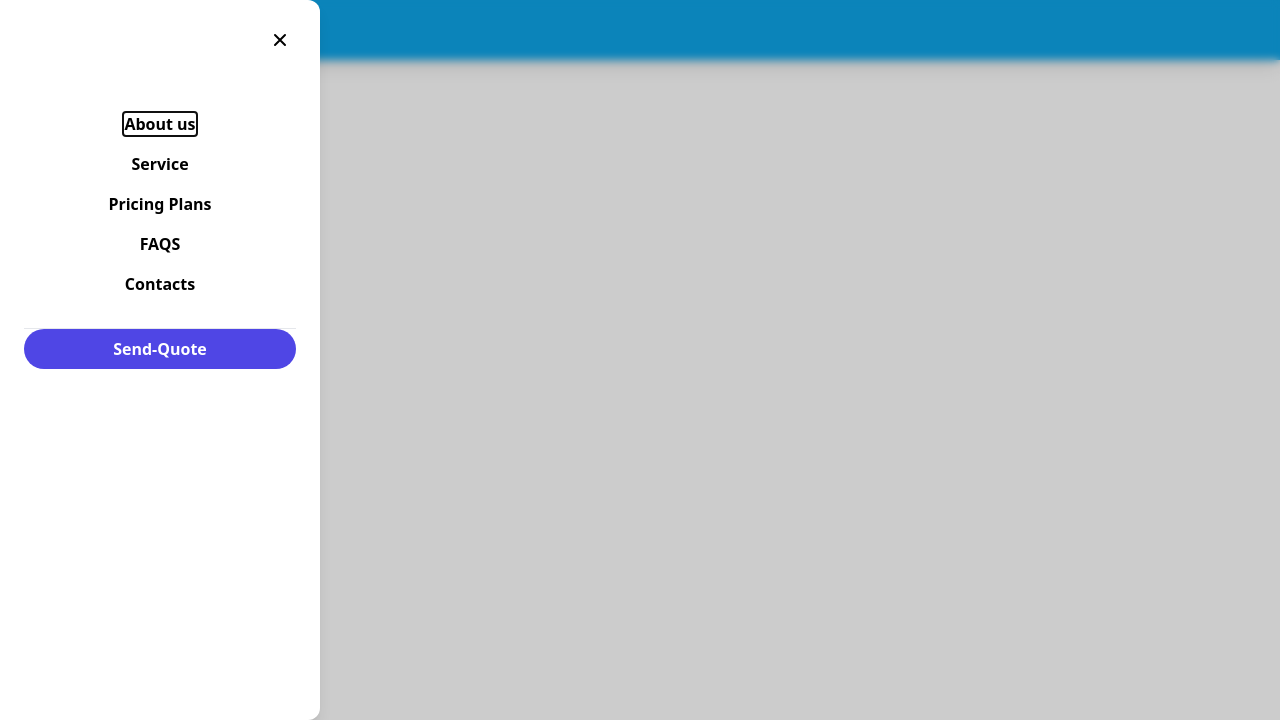
Repository: remydev47/cleanbees
Page: /
These files come from the project's save history. The page is drawn as it stood at one moment and after the next save; the edit follows.
The browser window is 1280 px wide. The pictures show the whole page.
The project was rebuilt for these pictures with package versions that can differ from the ones it lists, and the page was loaded fresh each time. The framework's server and built-in components were replaced by stand-ins that run in the browser. Also part of the build but not shown: next.config.js.

Above is the page before, as saved 2022-09-15 19:10:13.

### pages/_app.tsx
import '../styles/globals.css'
import type { AppProps } from 'next/app'
import { Header } from '../components/Header'


function MyApp({ Component, pageProps }: AppProps) {
  return (
    <>
      <Header />
      <Component {...pageProps} />
    </>

    )
}

export default MyApp

### pages/index.tsx
import type { NextPage } from 'next'
import Head from 'next/head'
import Image from 'next/image'
import Hero from '../components/Hero'

const Home: NextPage = () => {
  return (
    <div className="">
      <Head>
        <title>CleanBees</title>
        <link rel="icon" href="/favicon.ico" />
      </Head>
      <Hero />
      <h1>CleanBees</h1>
    </div>
  )
}

export default Home

### components/Header.tsx
import { navLinks } from "../constants"
import { MenuPopOver } from "./MenuPopover"
import Logo from "./Logo"

export const Header = () => {
    return(
        <>
          <header className={styles.container}>
           <div className='flex grow-0 basis-1/3 md:hidden'>
             <MenuPopOver />
          </div>
          <div className='flex grow-0 basis-1/3 justify-center md:justify-start'>
            <Logo/>
           </div>
          </header>
        </>
    )
}

const styles ={
    container:`sticky bg-[#0ea5e9] inset-x-0 top-0 z-20 flex items-center justify-between py-2 px-2 shadow-lg dark:bg-slate-900 sm:py-3 sm:px-8`
}

### components/MenuPopover.tsx
import React, { useState, Fragment } from 'react'
import { IconButton } from './Button'
import { Transition, Dialog }  from '@headlessui/react';
import Link from 'next/link';
import Logo from './Logo';
import { Button } from './Button';
//import { ThemeSelect } from './ThemeToogle';
import { navLinks } from '../constants';

export const MenuPopOver = () => {
    const [isOpen, setIsOpen] = useState(true)

    return(
      <div>
        <IconButton
          variant='ghost'
          aria-label='menu'
          onClick={() => setIsOpen(!isOpen)}
        >
          <svg className='h-6 w-6 ' fill='none' stroke='currentColor'>
            <path
              strokeLinecap='round'
              strokeLinejoin='round'
              strokeWidth={2}
              d='M4 6h16M4 12h16M4 18h16'
            />
          </svg>
        </IconButton>
        <Transition
          show={isOpen}
          appear
          as={Fragment}
          enter='transform transition ease-in-out duration-300'
          enterFrom='-translate-x-full'
          enterTo='translate-x-0'
          leave='transform transition ease-in-out duration-300 delay-200'
          leaveFrom='translate-x-0'
          leaveTo='-translate-x-full'
        >
         <Dialog
           as='div'
           className={`fixed inset-0 z-50`}
           onClose={setIsOpen}
           open={isOpen}
           >
           <Transition.Child
             as={Fragment}
             enter='ease-out duration-300 delay-300'
             enterFrom='opacity-0'
             enterTo='opacity-100'
             leave='ease-in duration-200'
             leaveFrom='opacity-100'
             leaveTo='opacity-0'
           >

            <Dialog.Overlay
              className={`fixed inset-0 bg-black/20 backdrop-blur-sm dark:bg-gray-900/80`}
             />
          </Transition.Child>
           <div className={styles.dialogcontainer}>
            <a className='mx-auto mt-4 flex w-[140px] '>
              <Logo />
            </a>
            <ul
                className={styles.navWrapper2}
             >
                {navLinks.map((nav, index) => (
                    <li
                     key={nav.id}
                     className={`font-poppins font-bold cursor-pointer text-[16px]
                      ${index === navLinks.length - 1 ? 'mr-0' : 'mb-4'}
                      text-black `}
                    >
                     <a href={`#${nav.id}`}>
                        {nav.title}
                     </a>
                    </li>
                 ))}
             </ul>
            {/* <div className='mt-0 border-t border-gray-200 pt-6 dark:border-gray-200/10'>

            </div> */}
            <ul className='mt-8 space-y-3 border-t border-gray-200 dark:border-gray-200/10'>
              <li>
               <Button fullWidth>
                   Send-Quote
               </Button>
              </li>

            </ul>
            <IconButton
              variant='ghost'
              aria-label='close menu'
              className='absolute top-5 right-5'
              onClick={() => setIsOpen(false)}
            >
              <svg
                viewBox='0 0 10 10'
                className='h-2.5 w-2.5 overflow-visible'
                aria-hidden='true'
              >
                <path
                    d='M0 0L10 10M10 0L0 10'
                    fill='none'
                    stroke='currentColor'
                    strokeWidth='2'
                    strokeLinecap='round'
                  />
              </svg>
            </IconButton>
           </div>
         </Dialog>
        </Transition>
      </div>
    )
  }

const styles ={
    dialogcontainer:`fixed top-0 bottom-0 left-0 w-full max-w-xs rounded-r-xl bg-white p-6 shadow-lg dark:bg-gray-800`,
    menuitems:`group relative flex h-9 items-center oveflow-hidden rounded-md hover:bg-slate-200/50`,
    navWrapper2:`list-none flex flex-col justify-end items-center flex-1`,
}

### components/Logo.tsx
import React from 'react';


const Logo  = () => {
  return (
    <span className={`bg-gradient-to-r from-black-800 to-white-800 bg-clip-text align-middle text-3xl font-black tracking-widest text-transparent`}>
        Clean-Bees
    </span>
  )
}

export default Logo;

### components/Button/index.tsx
import React, { forwardRef } from 'react';
//import { __DEV__ } from '../../utils/assertions'

type BaseButtonProps = Omit<React.HTMLProps<HTMLButtonElement>, "size">;

/* === Button Element === */

export interface ButtonProps extends BaseButtonProps {
  children: React.ReactNode;
  fullWidth?: boolean;
  className?: string;
  variant?: "solid" | "outline" | "ghost";
  size?: "sm" | "md" | "lg";
  as?: string;
  isExternal?: boolean;
  type?: "button" | "submit" | "reset";
}

export const Button = forwardRef<HTMLButtonElement, ButtonProps>(
  (
    {
      children,
      variant = "solid",
      size = "md",
      fullWidth = false,
      className,
      as = "button",
      isExternal = false,
      ...rest
    },
    ref
  ) => {
    let tempClassNames: string[] = [];

    const sharedClasses = [
      "capitalize",
      "focus:outline-none",
      "focus:ring-2",
      "focus:ring-indigo-400",
      "focus:ring-offset-2",
      "focus:ring-offset-indigo-50",
      "font-semibold",
      "rounded-full",
      "inline-flex",
      "flex-shrink-0",
      "items-center",
      "justify-center",
      "transition-colors",
      "ease-in-out",
      "duration-500",
    ];

    if (fullWidth) sharedClasses.push("w-full");

    // handle variants
    let btnSolid = ["bg-indigo-600", "hover:bg-indigo-700", "text-white"];
    let btnOutline = [
      "dark:text-white",
      "hover:text-yellow-700",
      "hover:dark:text-yellow-800",
      "bg-transparent",
      "hover:bg-indigo-50",
      "border",
      "border-indigo-600",
    ];
    let btnGhost = [
      "bg-transparent",
      "dark:text-white",
      "hover:bg-indigo-50",
      "hover:text-indigo-700",
      "hover:dark:text-indigo-700",
    ];

    if (variant === "solid") {
      tempClassNames = [...sharedClasses, ...btnSolid];
    } else if (variant === "outline") {
      tempClassNames = [...sharedClasses, ...btnOutline];
    } else if (variant === "ghost") {
      tempClassNames = [...sharedClasses, ...btnGhost];
    }

    // handle sizes
    let sizeSm = ["h-8", "px-2", "text-sm"];
    let sizeMd = ["h-10", "px-3"];
    let sizeLg = ["h-12", "px-4", "text-lg"];

    if (size === "sm") {
      tempClassNames = [...tempClassNames, ...sizeSm];
    } else if (size === "md") {
      tempClassNames = [...tempClassNames, ...sizeMd];
    } else if (size === "lg") {
      tempClassNames = [...tempClassNames, ...sizeLg];
    }

    let classes = tempClassNames.join(" ");

    let Element = as ? (
      React.createElement(
        as,
        {
          className: `${classes} ${className}`,
          target: isExternal ? "_blank" : undefined,
          rel: isExternal ? "noopener noreferrer" : undefined,
          ref,
          ...rest,
        },
        children
      )
    ) : (
      <button {...rest} className={`${classes} ${className}`} ref={ref}>
        {children}
      </button>
    );

    return Element;
  }
);

// if (__DEV__) {
//   Button.displayName = "Button";
// }

/* === IconButton Element === */

export interface IconButtonProps extends ButtonProps {
  icon?: React.ReactElement;
  "aria-label": string;
}

export const IconButton = forwardRef<HTMLButtonElement, IconButtonProps>(
  (
    {
      children,
      icon,
      className,
      "aria-label": ariaLabel,
      size = "md",
      ...rest
    },
    ref
  ) => {
    let sharedClasses = ["rounded-full", "!px-0"];

    // handle sizes
    let sizeSm = ["w-8"];
    let sizeMd = ["w-10"];
    let sizeLg = ["w-12"];

    if (size === "sm") {
      sharedClasses = [...sharedClasses, ...sizeSm];
    } else if (size === "md") {
      sharedClasses = [...sharedClasses, ...sizeMd];
    } else if (size === "lg") {
      sharedClasses = [...sharedClasses, ...sizeLg];
    }

    /**
     * Passing the icon as prop or children should work
     */
    const element = icon || children;
    const _children = React.isValidElement(element)
      ? React.cloneElement(element as any, {
          "aria-hidden": true,
          focusable: false,
        })
      : null;

    let classes = sharedClasses.join(" ");
    return (
      <Button
        className={`${classes} ${className}`}
        aria-label={ariaLabel}
        size={size}
        {...rest}
        ref={ref}
      >
        {_children}
      </Button>
    );
  }
);

// if (__DEV__) {
//   IconButton.displayName = "IconButton";
// }

### constants/index.ts

export const navLinks =[
    {
     id:"aboutus",
     title:"About us"
    },
    {
        id:"services",
        title:"Service"
    },
    {
        id:"pricingplans",
        title:"Pricing Plans"
    },
    {
        id:"faqs",
        title:"FAQS"
    },
    {
        id:"contacts",
        title:"Contacts"
    },
]

Loaded but not shown: styles/globals.css (common file); components/Hero.tsx (common file); tailwind.config.js (common file)

After the next save:
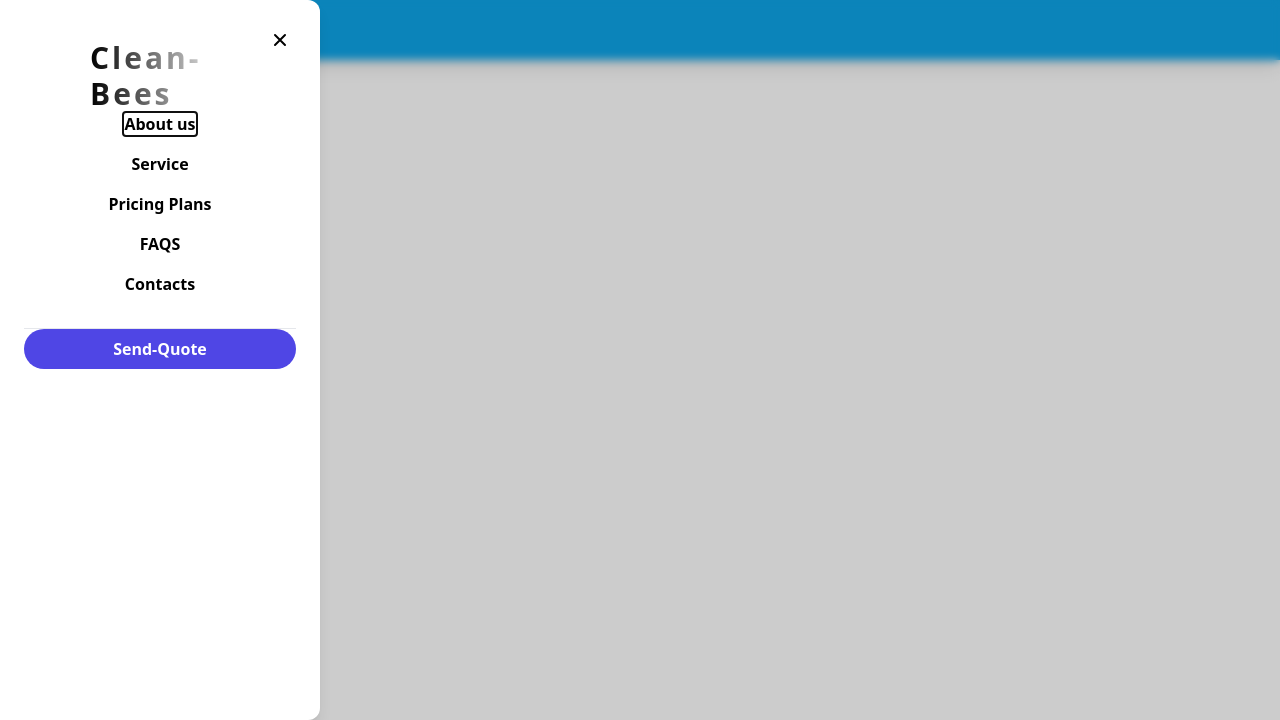
Saved 3 min 19 s later.
--- a/components/Logo.tsx
+++ b/components/Logo.tsx
@@ -3,7 +3,7 @@ import React from 'react';
 
 const Logo  = () => {
   return (
-    <span className={`bg-gradient-to-r from-black-800 to-white-800 bg-clip-text align-middle text-3xl font-black tracking-widest text-transparent`}>
+    <span className={`bg-gradient-to-r from-black to-white bg-clip-text align-middle text-3xl font-black tracking-widest text-transparent`}>
         Clean-Bees
     </span>
   )
